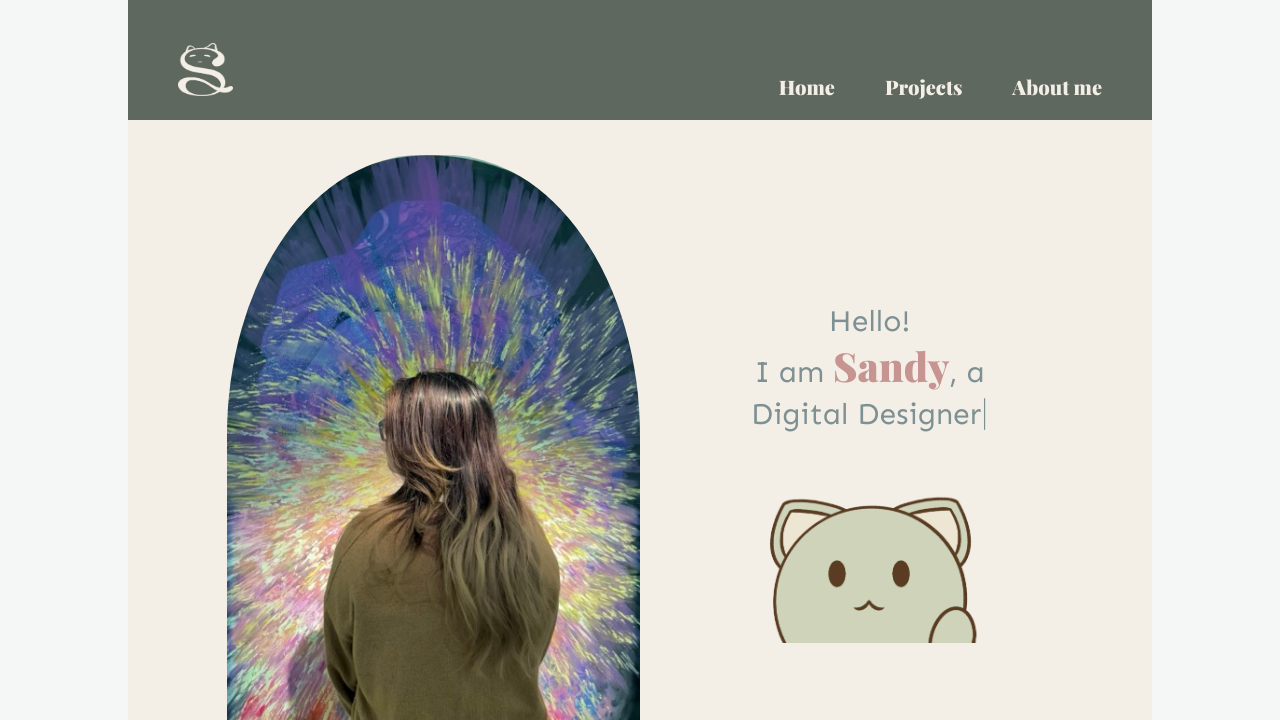
Repository: SandyLy453/portfolio
Page: /
The author's editor kept a copy of each file at every save. The page is drawn from the files as they stood at one save, then again after the next save.
The browser window is 1280 px wide. The pictures show the whole page.
An inner scrolling area shows only its first screen. The project was rebuilt for these pictures with package versions that can differ from the ones it lists, and the page was loaded fresh each time. The framework's server and built-in components were replaced by stand-ins that run in the browser. Also part of the build but not shown: next.config.mjs, modules/Footer/Footer.module.css, modules/Footer/Footer.js, modules/ProjectCard/ProjectCard.module.css, modules/ProjectCard/Projectcard.js.

Above is the page before, as saved 2025-02-17 18:10:15.

After the next save:
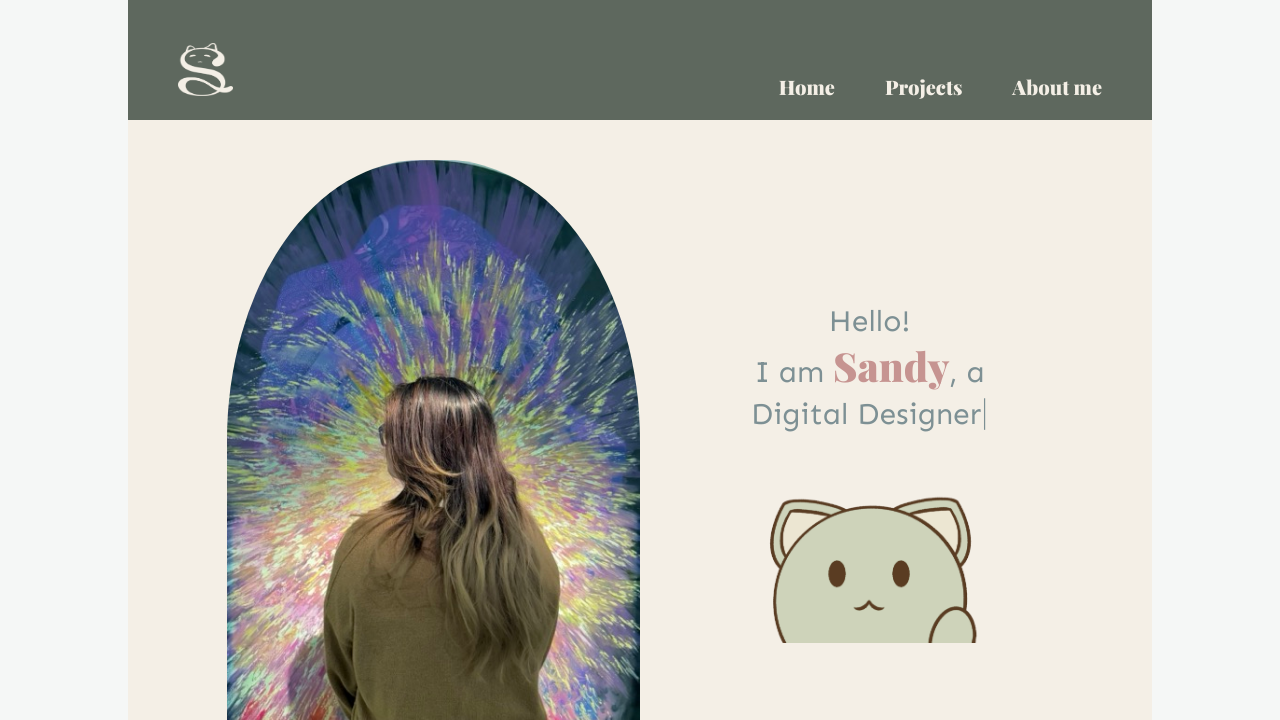
Saved 4 s later.
--- a/styles/Home.module.css
+++ b/styles/Home.module.css
@@ -201,7 +201,7 @@
     width: 90%;
     height: auto;
     margin: 0 0.5rem;
-    bottom: -35px;
+    bottom: -40px;
   }
 
   .info {
